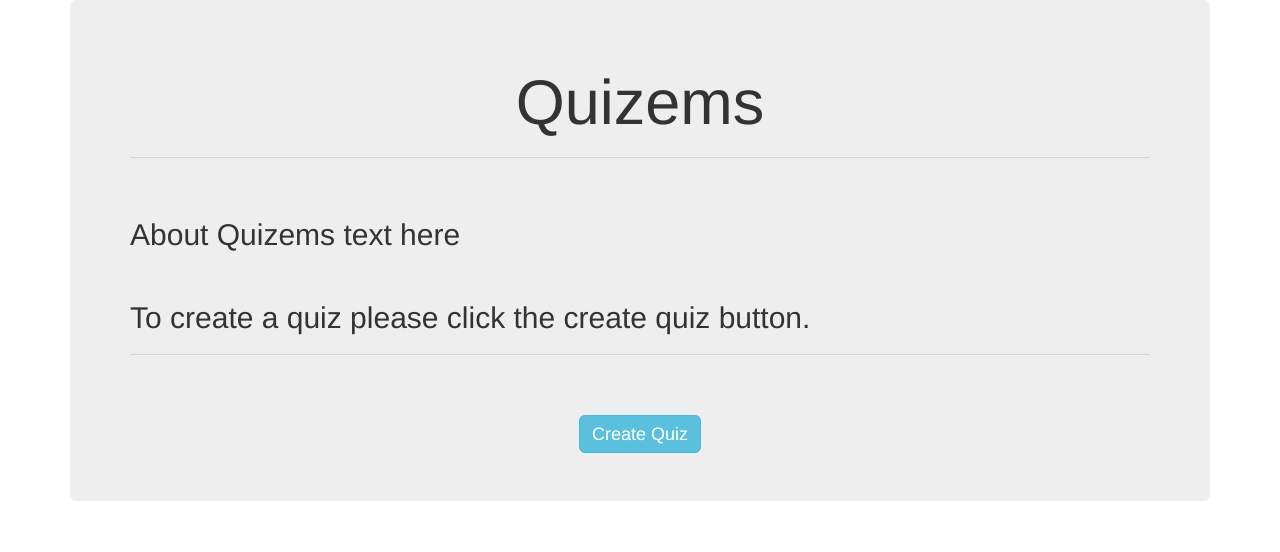
Repository: phillipdacosta/QuizemsNew
Page: /
An editor plug-in stored every save of this project. The page is shown before and after the next save, followed by the edit.
The browser window is 1280 px wide. The pictures show the whole page.
Some web libraries are served in a nearby version. The project was rebuilt for these pictures with package versions that can differ from the ones it lists, and the page was loaded fresh each time. Also part of the build but not shown: angular.json, src/app/professor/professor.component.ts, src/app/data.service.ts, src/app/question.model.ts, src/app/quiz/quiz.component.ts, src/app/student/student.component.ts, src/app/questions/questions.component.ts, src/app/question-display/question-display.component.ts and 1 more.

Above is the page before, as saved 2019-06-30 16:18:06.

After the next save:
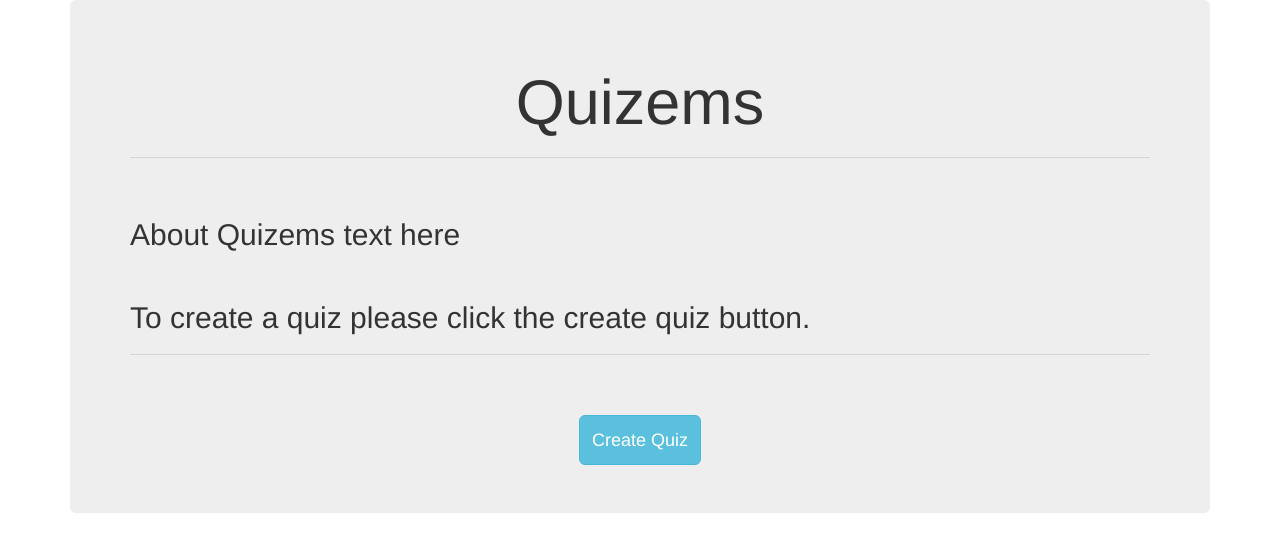
Saved 9 s later.
--- a/src/app/about/about.component.css
+++ b/src/app/about/about.component.css
@@ -5,5 +5,5 @@
 
 .btn{
 
-    padding: 6px 12px;
+    padding: 12px 12px;
 }
